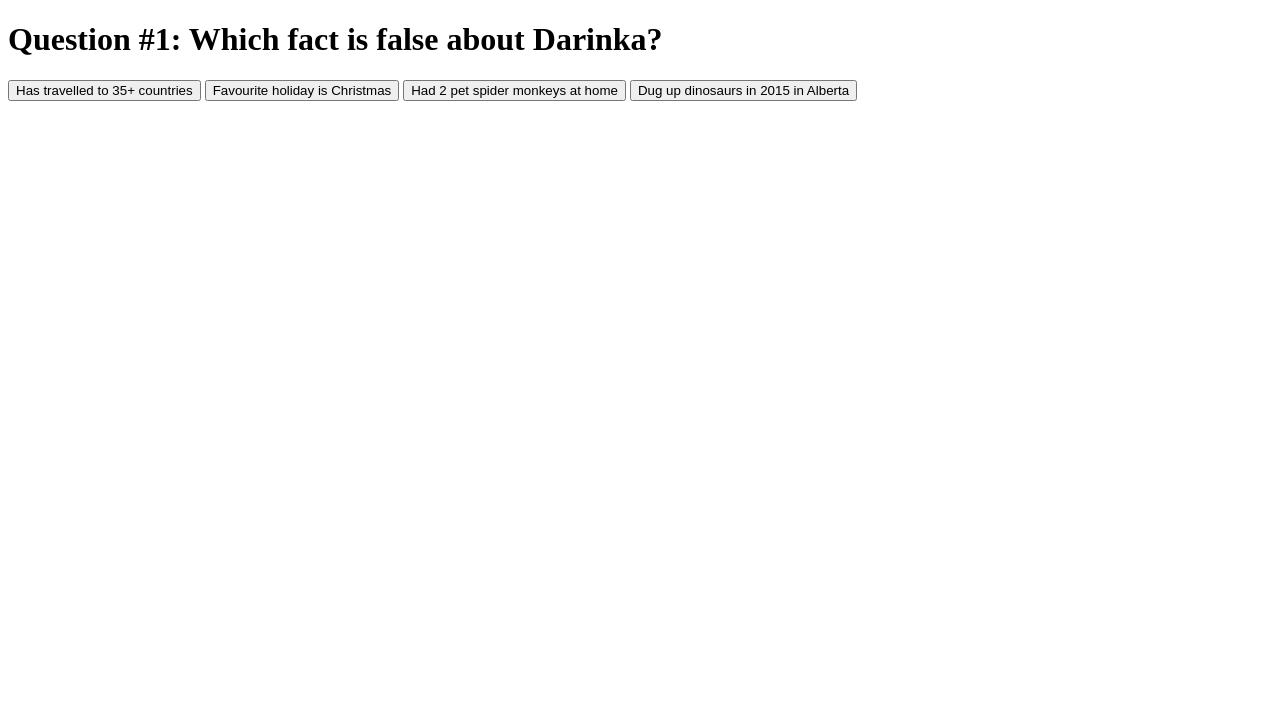
Repository: RenataDzotova/Trivia-BCIT
Page: http://localhost/q1
An editor plug-in stored every save of this project. The page is shown before and after a run of saves, followed by the edit.
The browser window is 1280 px wide. The pictures show the whole page.
The page is served by the project's Node server (index.js).

Above is the page before, as saved 2022-11-02 17:53:33.

After the next 2 saves:
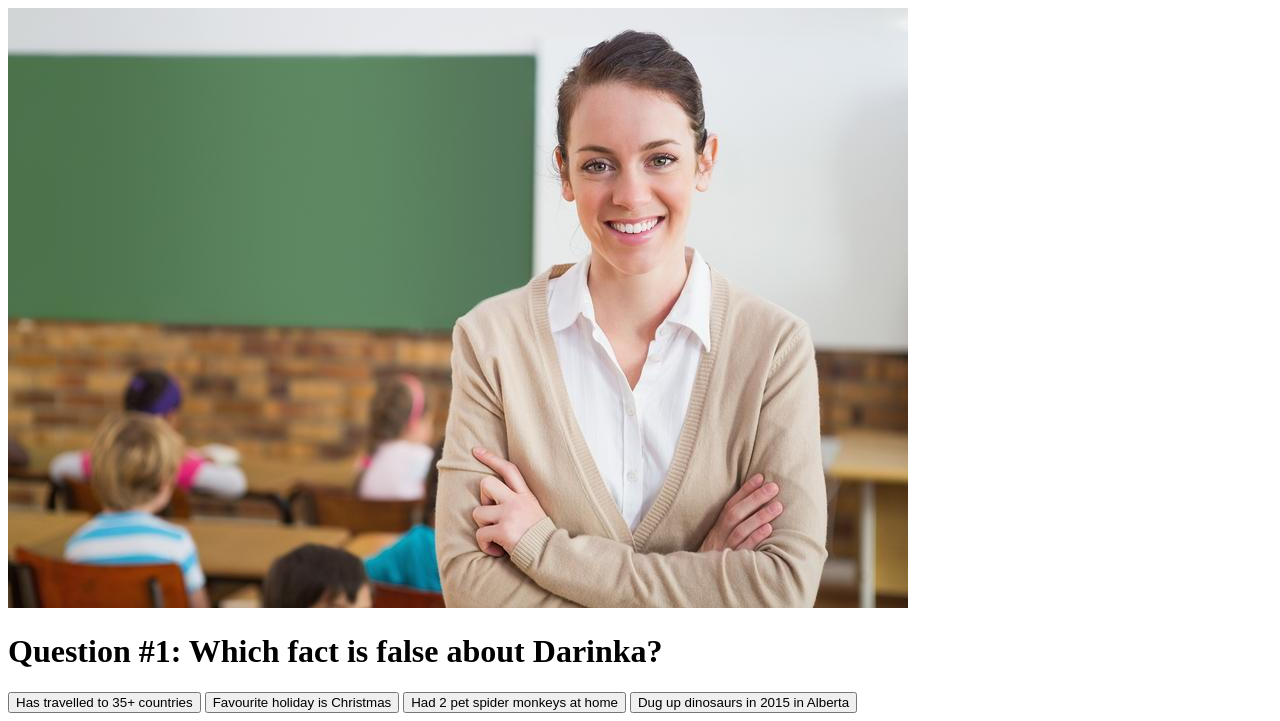
The 2 saves are shown as one change because they came seconds apart.
The last was saved 6 s later.
--- a/views/questionOne.html
+++ b/views/questionOne.html
@@ -9,8 +9,7 @@
 </head>
 
 <body>
-    <!-- <img src="../public/1.jpeg"/> -->
-    <!-- <form method="post" action="/checkAnswer"> -->
+    <img src="../public/1.jpeg"/>
     <h1>Question #1: Which fact is false about Darinka?</h1>
     <button onclick="SendAnswer(1,1)">Has travelled to 35+ countries</button>
     <button onclick="SendAnswer(2,1)">Favourite holiday is Christmas</button>
